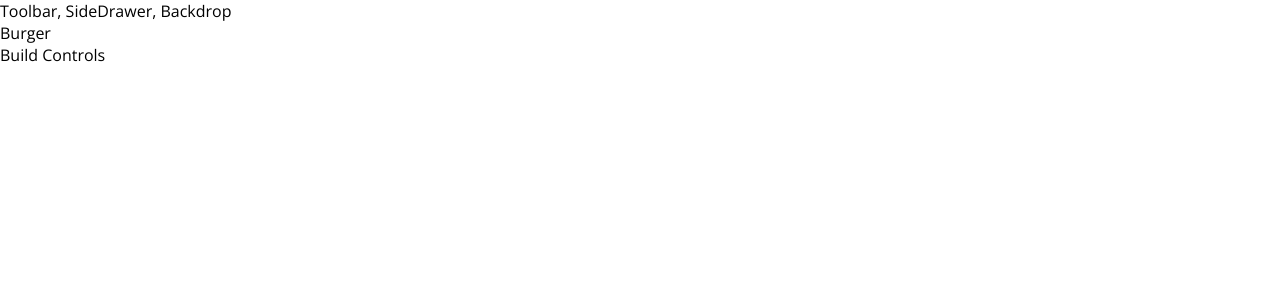
Repository: legil/burger-app
Page: /
An editor plug-in stored every save of this project. The page is shown before and after the next save, followed by the edit.
The browser window is 1280 px wide. The pictures show the whole page.
The project was rebuilt for these pictures with package versions that can differ from the ones it lists, and the page was loaded fresh each time. Also part of the build but not shown: src/components/Layout/Layout.css, src/components/Burger/Burger.css, src/components/Burger/BurgerIngredient/BurgerIngredient.css.

Above is the page before, as saved 2019-04-18 01:22:16.

### public/index.html
<!DOCTYPE html>
<html lang="en">
  <head>
    <meta charset="utf-8" />
    <link rel="shortcut icon" href="%PUBLIC_URL%/favicon.ico" />
    <meta
      name="viewport"
      content="width=device-width, initial-scale=1, shrink-to-fit=no"
    />
    <meta name="theme-color" content="#000000" />
    <!--
      manifest.json provides metadata used when your web app is installed on a
      user's mobile device or desktop. See https://developers.google.com/web/fundamentals/web-app-manifest/
    -->
    <link rel="manifest" href="%PUBLIC_URL%/manifest.json" />
    <!--
      Notice the use of %PUBLIC_URL% in the tags above.
      It will be replaced with the URL of the `public` folder during the build.
      Only files inside the `public` folder can be referenced from the HTML.

      Unlike "/favicon.ico" or "favicon.ico", "%PUBLIC_URL%/favicon.ico" will
      work correctly both with client-side routing and a non-root public URL.
      Learn how to configure a non-root public URL by running `npm run build`.
    -->
    <link href="https://fonts.googleapis.com/css?family=Open+Sans:400,700" rel="stylesheet">
    <title>My Burger</title>
  </head>
  <body>
    <noscript>You need to enable JavaScript to run this app.</noscript>
    <div id="root"></div>
    <!--
      This HTML file is a template.
      If you open it directly in the browser, you will see an empty page.

      You can add webfonts, meta tags, or analytics to this file.
      The build step will place the bundled scripts into the <body> tag.

      To begin the development, run `npm start` or `yarn start`.
      To create a production bundle, use `npm run build` or `yarn build`.
    -->
  </body>
</html>

### src/components/Layout/Layout.js
import React from 'react';
import Aux from '../../hoc/Auxiliary';
import classes from './Layout.css';

const layout = (props) => (
    <Aux>
        <div>
            Toolbar, SideDrawer, Backdrop
        </div>

        <main className={classes.Content}>
            {props.children}
        </main>
    </Aux>
);

export default layout;

### src/containers/BurgerBuilder/BurgerBuilder.js
import React, { Component } from 'react';
import Aux from '../../hoc/Auxiliary';

class BurgerBuilder extends Component{
    render () {
        return (
            <Aux>
                <div>Burger</div>
                <div>Build Controls</div>

            </Aux>

        );
    }
}

export default BurgerBuilder;

### src/components/Burger/Burger.js
import React from 'react';

import classes from './Burger.css';
import BurgerIngredient from './BurgerIngredient/BurgerIngredient';

const burger = (props) => {
    return(
        <div className = {classes.Burger}>
            <BurgerIngredient type="bread-top"/>
            <BurgerIngredient type="bread-cheese"/>
            <BurgerIngredient type="bread-meat"/>
            <BurgerIngredient type="bread-bottom"/>
        </div>
    );
};

export default burger;

### src/components/Burger/BurgerIngredient/BurgerIngredient.js
import React, { Component } from 'react';
import classes from './BurgerIngredient.css';
import PropTypes from 'prop-types';

class BurgerIngredient extends Component{
    render(){

    let ingredient = null;

    switch(this.props.type) {
        case ('bread-bottom'):
            ingredient = <div className={classes.BreadBottom}> </div>;
            break;
        case ('bread-top'):
            ingredient = (
                <div className = {classes.BreadTop}>
                    <div className = {classes.Seeds1}></div>
                    <div className = {classes.Seeds2}></div>
                </div>
            );
            break;
        case ('meat'):
                ingredient = <div className = {classes.Meat}></div>;
                break;
        case ('cheese'):
                ingredient = <div className = {classes.Cheese}></div>;
                break;
        case ('salad'):
                ingredient = <div className = {classes.Salad}></div>;
                break;
        case ('bacon'):
                ingredient = <div className = {classes.Bacon}></div>;
                break;
        default:
            ingredient = null;

    }

    return ingredient;
}
}

BurgerIngredient.propTypes = {
    type: PropTypes.string.isRequired
};

export default BurgerIngredient;

Loaded but not shown: src/index.js (common file); src/index.css (common file); src/App.js (common file); src/serviceWorker.js (common file); src/hoc/Auxiliary.js (common file)

After the next save:
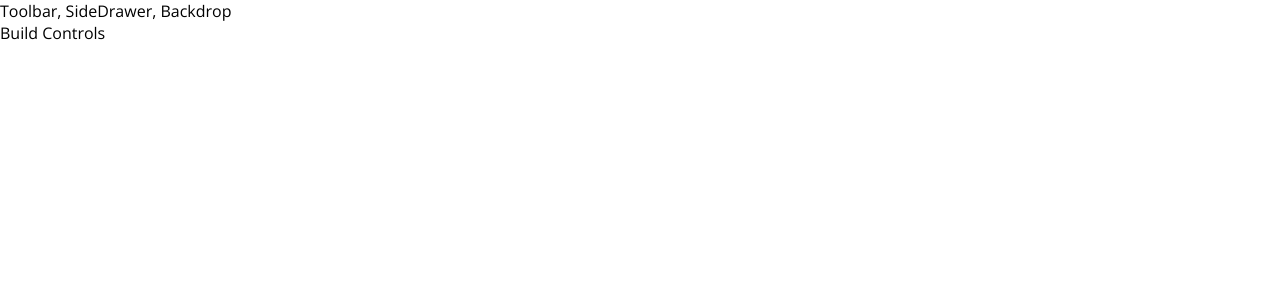
Saved 88 s later.
--- a/src/containers/BurgerBuilder/BurgerBuilder.js
+++ b/src/containers/BurgerBuilder/BurgerBuilder.js
@@ -1,11 +1,14 @@
 import React, { Component } from 'react';
+
 import Aux from '../../hoc/Auxiliary';
+import Burger from '../../components/Burger/Burger';
+
 
 class BurgerBuilder extends Component{
     render () {
         return (
             <Aux>
-                <div>Burger</div>
+                <Burger />
                 <div>Build Controls</div>
 
             </Aux>
